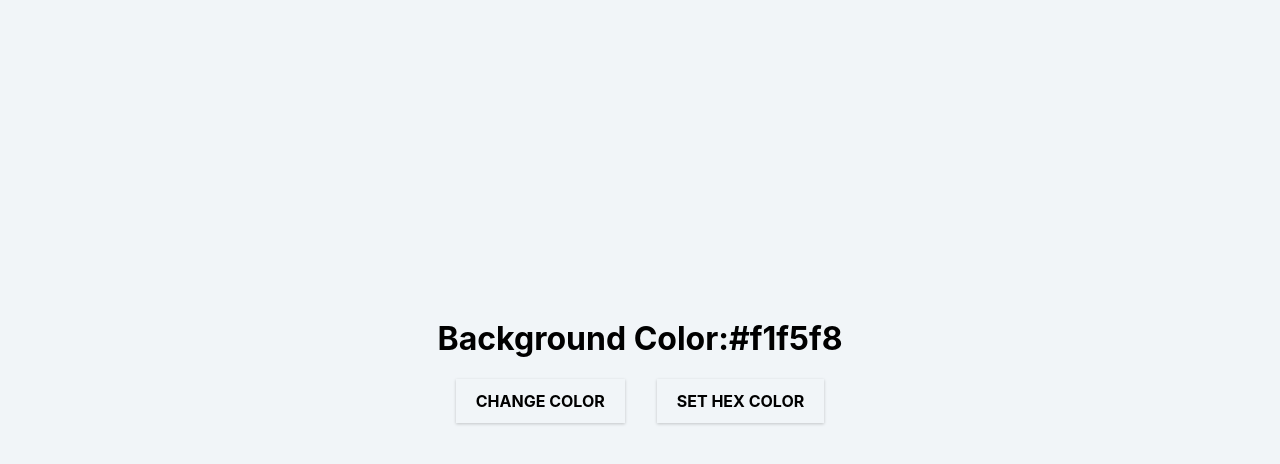
Repository: VidHongqiWu/react-projects
Page: / (app in color-flipper/)
These files come from the project's save history. The page is drawn as it stood at one moment and after the next save; the edit follows.
The browser window is 1280 px wide. The pictures show the whole page.
The project was rebuilt for these pictures with package versions that can differ from the ones it lists, and the page was loaded fresh each time.

Above is the page before, as saved 2023-11-18 19:03:50.

### color-flipper/src/index.css
body {
  margin: 0;
  font-family: -apple-system, BlinkMacSystemFont, 'Segoe UI', 'Roboto', 'Oxygen',
    'Ubuntu', 'Cantarell', 'Fira Sans', 'Droid Sans', 'Helvetica Neue',
    sans-serif;
  -webkit-font-smoothing: antialiased;
  -moz-osx-font-smoothing: grayscale;
}

code {
  font-family: source-code-pro, Menlo, Monaco, Consolas, 'Courier New',
    monospace;
}

main {
  min-height: 100vh;
  display: grid;
  place-items: center;
}
.container {
  text-align: center;
}
.container h2 {
  background: var(--clr-black);
  color: var(--clr-white);
  padding: 1rem;
  border-radius: var(--radius);
  margin-bottom: 2.5rem;
}
.color {
  color: var(--clr-primary-5);
}

.btn {
  font-family: var(--ff-primary);
  text-transform: uppercase;
  background: transparent;
  color: var(--clr-black);
  padding: 0.375rem 0.75rem;
  letter-spacing: var(--spacing);
  display: inline-block;
  font-weight: 700;
  transition: var(--transition);
  font-size: 0.875rem;
  border: 2px solid var(--clr-black);
  cursor: pointer;
  box-shadow: 0 1px 3px rgba(0, 0, 0, 0.2);
  border-radius: var(--radius);
  margin: 0 1em;
}
.btn:hover {
  color: var(--clr-white);
  background: var(--clr-black);
}
.btn-hero {
  font-size: 1rem;
  padding: 0.75rem 1.25rem;
}

### color-flipper/src/App.js
import React, {useState} from 'react';

function App() {
  const colors = ['green', 'red', 'rgba(133,122,200)', '#f15025'];
  const [color, setColor] = useState('#f1f5f8');

  const changeColor = () => {
    const randomNumber = Math.floor(Math.random() * colors.length);
    setColor(colors[randomNumber]);
  }

  const setHexColor = () => {
    const hexColor = '#' + Math.floor(Math.random() * 16777215).toString(16);
    setColor(hexColor);
  }

  return (
    <main style={{ backgroundColor: color }}>
      <div className='container'>
        <h1>Background Color:
          <span className="color" data-testid="color">
            {color}
          </span>
        </h1>
        <button className="btn btn-hero" onClick={changeColor}>
          Change Color
        </button>
        <button className="btn btn-hero" onClick={setHexColor}>
          Set Hex Color
        </button>
      </div>
    </main>
  );
}

export default App;

Loaded but not shown: color-flipper/public/index.html (common file); color-flipper/src/index.js (common file); color-flipper/src/reportWebVitals.js (common file)

After the next save:
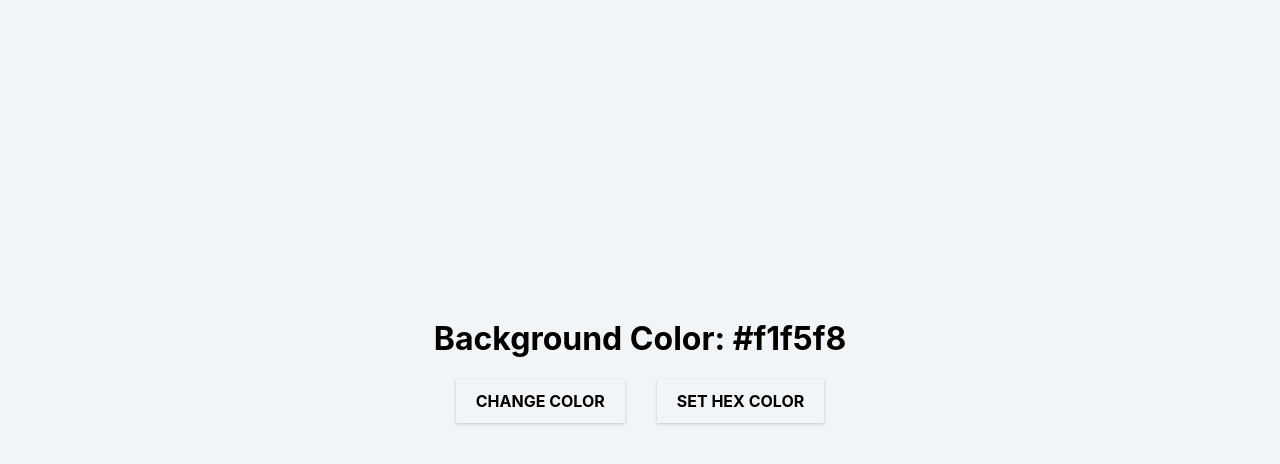
Saved 26 s later.
--- a/color-flipper/src/App.js
+++ b/color-flipper/src/App.js
@@ -17,7 +17,7 @@ function App() {
   return (
     <main style={{ backgroundColor: color }}>
       <div className='container'>
-        <h1>Background Color:
+        <h1>Background Color: {' '}
           <span className="color" data-testid="color">
             {color}
           </span>
